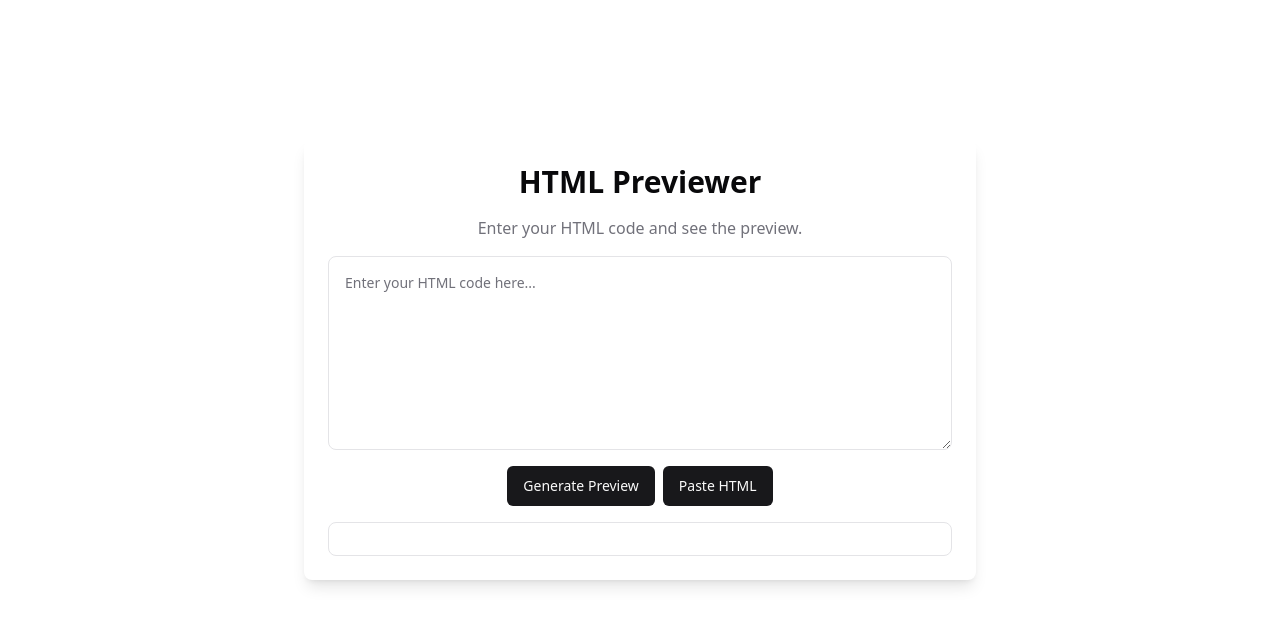
Repository: asadullah48/13_html_previewer_app
Page: /
An editor plug-in stored every save of this project. The page is shown before and after a run of saves, followed by the edit.
The browser window is 1280 px wide. The pictures show the whole page.
The project was rebuilt for these pictures with package versions that can differ from the ones it lists, and the page was loaded fresh each time. The framework's server and built-in components were replaced by stand-ins that run in the browser. Also part of the build but not shown: next.config.mjs, components/predefinedHtml.ts.

Above is the page before, as saved 2024-10-20 11:50:14.

### app/page.tsx
import HTMLPreview from "@/components/html-previewer";

export default function Home() {
  return (
    <div>
      <HTMLPreview />
    </div>
  );
}

### app/globals.css
@tailwind base;
@tailwind components;
@tailwind utilities;

body {
  font-family: system-ui, -apple-system, BlinkMacSystemFont, 'Segoe UI', Roboto, Oxygen, Ubuntu, Cantarell, 'Open Sans', 'Helvetica Neue', sans-serif;
}

@layer utilities {
  .text-balance {
    text-wrap: balance;
  }
}

@layer base {
  :root {
    --background: 10 1% 100%;
    --foreground: 240 10% 3.9%;
    --card: 0 0% 100%;
    --card-foreground: 240 10% 3.9%;
    --popover: 0 0% 100%;
    --popover-foreground: 240 10% 3.9%;
    --primary: 240 5.9% 10%;
    --primary-foreground: 0 0% 98%;
    --secondary: 240 4.8% 95.9%;
    --secondary-foreground: 240 5.9% 10%;
    --muted: 240 4.8% 95.9%;
    --muted-foreground: 240 3.8% 46.1%;
    --accent: 240 4.8% 95.9%;
    --accent-foreground: 240 5.9% 10%;
    --destructive: 0 84.2% 60.2%;
    --destructive-foreground: 0 0% 98%;
    --border: 240 5.9% 90%;
    --input: 240 5.9% 90%;
    --ring: 240 10% 3.9%;
    --chart-1: 12 76% 61%;
    --chart-2: 173 58% 39%;
    --chart-3: 197 37% 24%;
    --chart-4: 43 74% 66%;
    --chart-5: 27 87% 67%;
    --radius: 0.5rem;
  }
  .dark {
    --background: 240 10% 3.9%;
    --foreground: 0 0% 98%;
    --card: 240 10% 3.9%;
    --card-foreground: 0 0% 98%;
    --popover: 240 10% 3.9%;
    --popover-foreground: 0 0% 98%;
    --primary: 0 0% 98%;
    --primary-foreground: 240 5.9% 10%;
    --secondary: 240 3.7% 15.9%;
    --secondary-foreground: 0 0% 98%;
    --muted: 240 3.7% 15.9%;
    --muted-foreground: 240 5% 64.9%;
    --accent: 240 3.7% 15.9%;
    --accent-foreground: 0 0% 98%;
    --destructive: 0 62.8% 30.6%;
    --destructive-foreground: 0 0% 98%;
    --border: 240 3.7% 15.9%;
    --input: 240 3.7% 15.9%;
    --ring: 240 4.9% 83.9%;
    --chart-1: 220 70% 50%;
    --chart-2: 160 60% 45%;
    --chart-3: 30 80% 55%;
    --chart-4: 280 65% 60%;
    --chart-5: 340 75% 55%;
  }
}

@layer base {
  * {
    @apply border-border;
  }
  body {
    @apply bg-background text-foreground;
  }
}

### components/html-previewer.tsx
"use client"; // Enables client-side rendering for this component

// Import necessary hooks from React
import React, { useState, ChangeEvent } from "react";

// Import custom UI components from the UI directory
import { Textarea } from "@/components/ui/textarea";
import { Button } from "@/components/ui/button";

// Import predefined HTML content
import { predefinedHtml } from "./predefinedHtml";

// Default export of the HTMLPreviewComponent function
export default function HTMLPreview() {
  // State hooks for managing HTML code input and preview
  const [htmlCode, setHtmlCode] = useState<string>("");
  const [previewHtml, setPreviewHtml] = useState<string>("");

  // Handler to generate HTML preview
  const handlePreview = (): void => {
    setPreviewHtml(htmlCode);
  };

  // Handler to paste predefined HTML into the textarea
  const handlePasteHtml = (): void => {
    setHtmlCode(predefinedHtml);
  };

  // Handler for updating HTML code state on textarea change
  const handleChange = (e: ChangeEvent<HTMLTextAreaElement>): void => {
    setHtmlCode(e.target.value);
  };

  // JSX return statement rendering the HTML previewer UI
  return (
    <div className="flex flex-col items-center justify-center h-screen bg-background text-foreground">
      {/* Center the HTML previewer card within the screen */}
      <div className="w-full max-w-2xl p-6 rounded-lg shadow-lg bg-card">
        <h1 className="text-3xl font-bold mb-4 text-center">HTML Previewer</h1>
        <p className="text-muted-foreground mb-4 text-center">
          Enter your HTML code and see the preview.
        </p>
        <div className="grid gap-4">
          {/* Textarea for entering HTML code */}
          <Textarea
            value={htmlCode}
            onChange={handleChange}
            placeholder="Enter your HTML code here..."
            className="p-4 rounded-lg border border-input bg-background text-foreground"
            rows={8}
          />
          {/* Buttons to generate preview and paste predefined HTML */}
          <div className="flex justify-center">
            <div className="flex gap-2">
              <Button onClick={handlePreview}>Generate Preview</Button>
              <Button onClick={handlePasteHtml}>Paste HTML</Button>
            </div>
          </div>
          {/* Div to display the HTML preview */}
          <div className="p-4 rounded-lg border border-input bg-background text-foreground">
            <div dangerouslySetInnerHTML={{ __html: previewHtml }} />
          </div>
        </div>
      </div>
    </div>
  );
}

### components/ui/textarea.tsx
import * as React from "react"

import { cn } from "@/lib/utils"

export interface TextareaProps
  extends React.TextareaHTMLAttributes<HTMLTextAreaElement> {}

const Textarea = React.forwardRef<HTMLTextAreaElement, TextareaProps>(
  ({ className, ...props }, ref) => {
    return (
      <textarea
        className={cn(
          "flex min-h-[80px] w-full rounded-md border border-input bg-background px-3 py-2 text-sm ring-offset-background placeholder:text-muted-foreground focus-visible:outline-none focus-visible:ring-2 focus-visible:ring-ring focus-visible:ring-offset-2 disabled:cursor-not-allowed disabled:opacity-50",
          className
        )}
        ref={ref}
        {...props}
      />
    )
  }
)
Textarea.displayName = "Textarea"

export { Textarea }

### components/ui/button.tsx
import * as React from "react"
import { Slot } from "@radix-ui/react-slot"
import { cva, type VariantProps } from "class-variance-authority"

import { cn } from "@/lib/utils"

const buttonVariants = cva(
  "inline-flex items-center justify-center gap-2 whitespace-nowrap rounded-md text-sm font-medium ring-offset-background transition-colors focus-visible:outline-none focus-visible:ring-2 focus-visible:ring-ring focus-visible:ring-offset-2 disabled:pointer-events-none disabled:opacity-50 [&_svg]:pointer-events-none [&_svg]:size-4 [&_svg]:shrink-0",
  {
    variants: {
      variant: {
        default: "bg-primary text-primary-foreground hover:bg-primary/90",
        destructive:
          "bg-destructive text-destructive-foreground hover:bg-destructive/90",
        outline:
          "border border-input bg-background hover:bg-accent hover:text-accent-foreground",
        secondary:
          "bg-secondary text-secondary-foreground hover:bg-secondary/80",
        ghost: "hover:bg-accent hover:text-accent-foreground",
        link: "text-primary underline-offset-4 hover:underline",
      },
      size: {
        default: "h-10 px-4 py-2",
        sm: "h-9 rounded-md px-3",
        lg: "h-11 rounded-md px-8",
        icon: "h-10 w-10",
      },
    },
    defaultVariants: {
      variant: "default",
      size: "default",
    },
  }
)

export interface ButtonProps
  extends React.ButtonHTMLAttributes<HTMLButtonElement>,
    VariantProps<typeof buttonVariants> {
  asChild?: boolean
}

const Button = React.forwardRef<HTMLButtonElement, ButtonProps>(
  ({ className, variant, size, asChild = false, ...props }, ref) => {
    const Comp = asChild ? Slot : "button"
    return (
      <Comp
        className={cn(buttonVariants({ variant, size, className }))}
        ref={ref}
        {...props}
      />
    )
  }
)
Button.displayName = "Button"

export { Button, buttonVariants }

Loaded but not shown: app/layout.tsx (common file); lib/utils.ts (common file); tailwind.config.ts (common file)

After the next 2 saves:
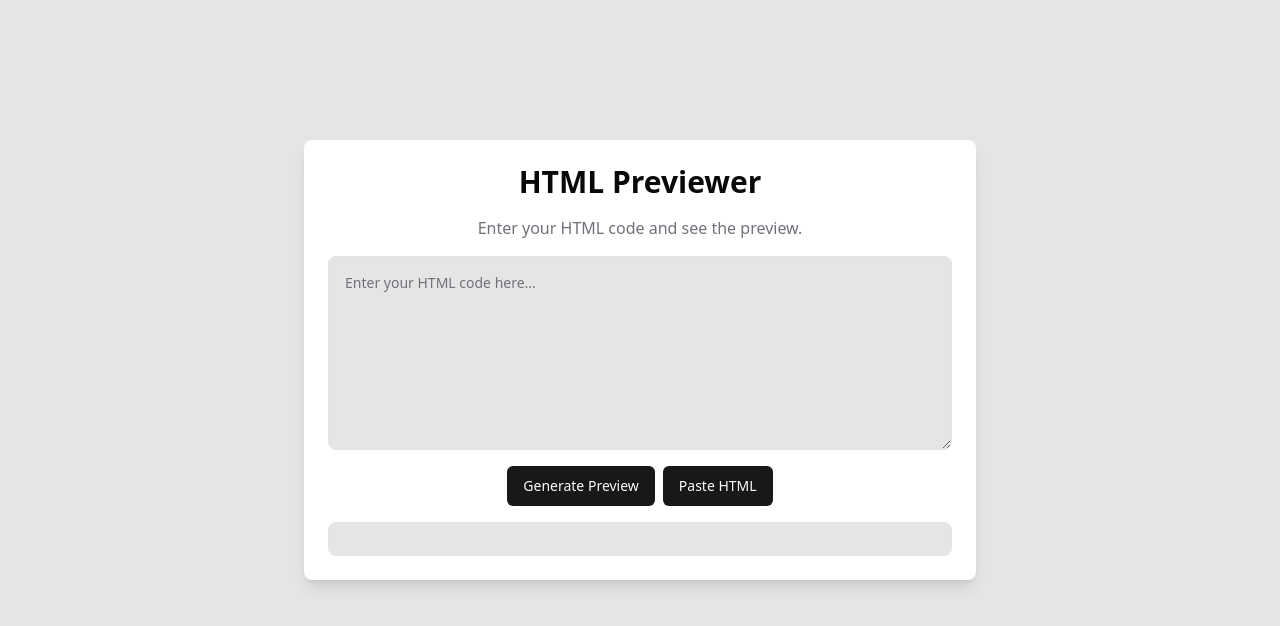
The 2 saves are shown as one change because they came seconds apart.
The last was saved 9 s later.
--- a/app/globals.css
+++ b/app/globals.css
@@ -14,7 +14,7 @@
 
 @layer base {
   :root {
-    --background: 10 1% 100%;
+    --background: 10 1% 90%;
     --foreground: 240 10% 3.9%;
     --card: 0 0% 100%;
     --card-foreground: 240 10% 3.9%;

After the save that followed:
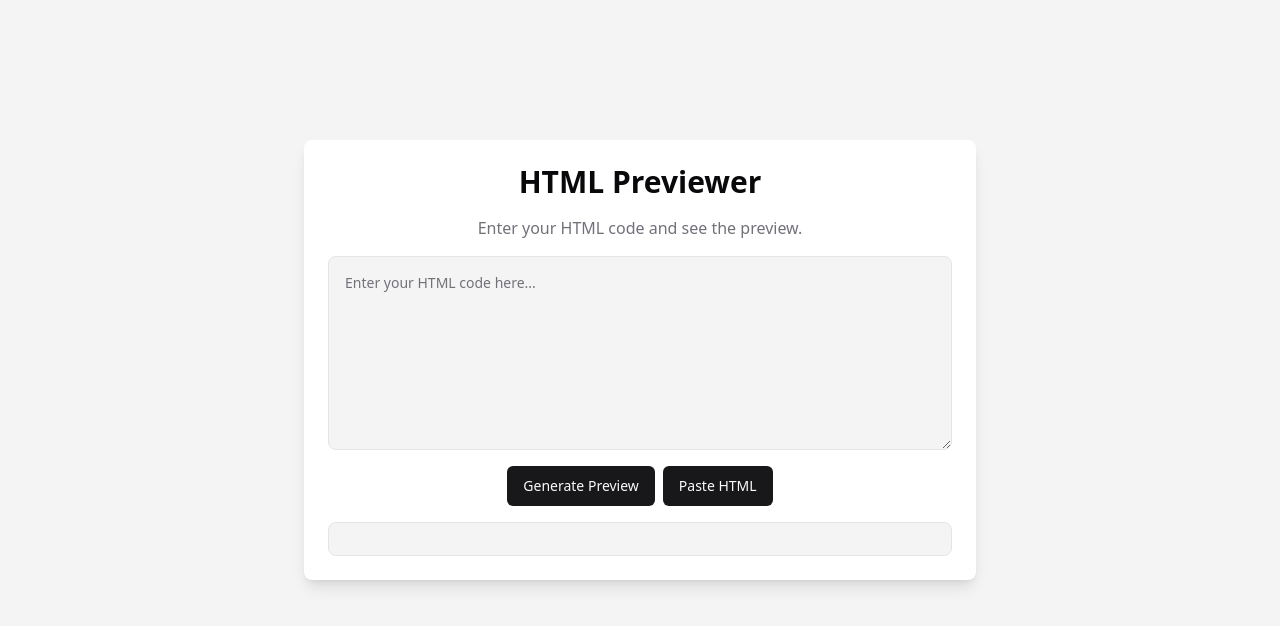
Saved 4 s later.
--- a/app/globals.css
+++ b/app/globals.css
@@ -14,7 +14,7 @@
 
 @layer base {
   :root {
-    --background: 10 1% 90%;
+    --background: 10 1% 95.9%;
     --foreground: 240 10% 3.9%;
     --card: 0 0% 100%;
     --card-foreground: 240 10% 3.9%;
